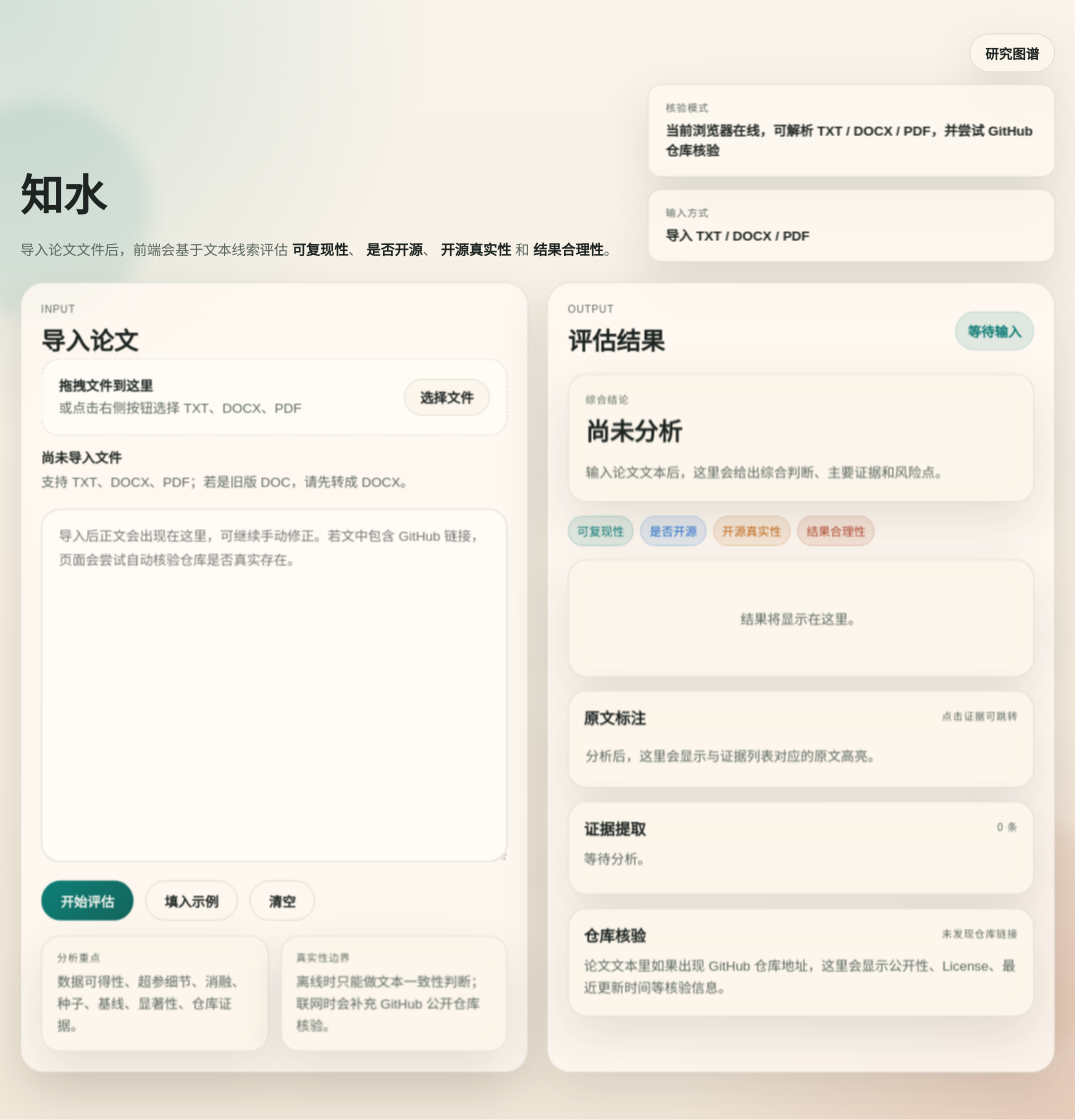
Repository: yueyueniannian/Prism
Page: LMQ3/index.html
An editor plug-in stored every save of this project. The page is shown before and after the next save, followed by the edit.
The browser window is 1280 px wide. The pictures show the whole page, at 84% of full size.

Above is the page before, as saved 2026-05-25 14:27:20.

### LMQ3/index.html
<!DOCTYPE html>
<html lang="zh-CN">
<head>
  <meta charset="UTF-8">
  <meta name="viewport" content="width=device-width, initial-scale=1.0">
  <title>Paper Audit Lab</title>
  <link rel="stylesheet" href="./styles.css">
  <script src="https://cdnjs.cloudflare.com/ajax/libs/pdf.js/3.11.174/pdf.min.js"></script>
  <script src="https://unpkg.com/mammoth@1.8.0/mammoth.browser.min.js"></script>
</head>
<body>
  <div id="splash" aria-hidden="true">
    <div class="splash-logo">
      <div class="splash-ring"></div>
      PA
    </div>
    <p class="splash-title">知水</p>
    <p class="splash-sub">论文复现性与可信度评估助手</p>
    <div class="splash-bar">
      <div class="splash-bar-fill"></div>
    </div>
  </div>

  <div class="page-shell">
    <div class="ambient ambient-left"></div>
    <div class="ambient ambient-right"></div>

    <header class="hero">
      <div class="hero-copy">

        <h1>知水</h1>
        <p class="hero-text">
          导入论文文件后，前端会基于文本线索评估
          <span>可复现性</span>、
          <span>是否开源</span>、
          <span>开源真实性</span> 和
          <span>结果合理性</span>。
        </p>
      </div>
      <div class="hero-panel">
        <div class="hero-nav">
          <a class="nav-link-btn" href="./research-map.html" data-transition="research-map">研究图谱</a>
        </div>
        <div class="signal-card">
          <p class="signal-label">核验模式</p>
          <p class="signal-value" id="networkStatus">离线启发式 + GitHub 在线增强</p>
        </div>
        <div class="signal-card">
          <p class="signal-label">输入方式</p>
          <p class="signal-value">导入 TXT / DOCX / PDF</p>
        </div>
      </div>
    </header>

    <main class="workspace">
      <section class="panel input-panel">
        <div class="panel-header">
          <div>
            <p class="panel-kicker">Input</p>
            <h2>导入论文</h2>
          </div>
        </div>

        <div id="dropZone" class="drop-zone" role="button" tabindex="0">
          <div>
            <strong>拖拽文件到这里</strong>
            <p>或点击右侧按钮选择 TXT、DOCX、PDF</p>
          </div>
          <label class="file-picker">
            <input type="file" id="fileInput" accept=".txt,.md,.doc,.docx,.pdf,text/plain,text/markdown,application/pdf,application/vnd.openxmlformats-officedocument.wordprocessingml.document">
            选择文件
          </label>
        </div>

        <div class="import-meta">
          <span id="fileMeta">尚未导入文件</span>
          <span id="importHint">支持 TXT、DOCX、PDF；若是旧版 DOC，请先转成 DOCX。</span>
        </div>

        <textarea
          id="paperInput"
          placeholder="导入后正文会出现在这里，可继续手动修正。若文中包含 GitHub 链接，页面会尝试自动核验仓库是否真实存在。"
        ></textarea>

        <div class="action-row">
          <button id="analyzeBtn" class="primary-btn">开始评估</button>
          <button id="exampleBtn" class="ghost-btn">填入示例</button>
          <button id="clearBtn" class="ghost-btn">清空</button>
        </div>

        <div class="meta-grid">
          <article class="meta-card">
            <p class="meta-title">分析重点</p>
            <p>数据可得性、超参细节、消融、种子、基线、显著性、仓库证据。</p>
          </article>
          <article class="meta-card">
            <p class="meta-title">真实性边界</p>
            <p>离线时只能做文本一致性判断；联网时会补充 GitHub 公开仓库核验。</p>
          </article>
        </div>

        <div id="insightStack" class="insight-stack is-hidden">
          <article class="meta-card insight-card">
            <p class="meta-title">论文主要内容</p>
            <p id="paperSummary">导入并分析后，这里会给出论文做了什么、解决什么问题的简要概括。</p>
          </article>

          <article class="meta-card insight-card">
            <p class="meta-title">创新点解读</p>
            <p id="innovationSummary">这里会提炼方法创新、实验亮点或相对已有工作的主要变化。</p>
          </article>

          <article class="meta-card insight-card">
            <p class="meta-title">复现流程</p>
            <p id="reproductionGuide">如果检测到代码仓库，会给出基于源码的简要复现路线；否则给出从数据、环境到实验设置的大致引导。</p>
          </article>
        </div>
      </section>

      <section class="panel output-panel">
        <div class="panel-header">
          <div>
            <p class="panel-kicker">Output</p>
            <h2>评估结果</h2>
          </div>
          <div class="status-pill" id="analysisState">等待输入</div>
        </div>

        <div class="summary-card">
          <div>
            <p class="summary-label">综合结论</p>
            <h3 id="headlineVerdict">尚未分析</h3>
          </div>
          <p id="headlineExplanation" class="summary-copy">
            输入论文文本后，这里会给出综合判断、主要证据和风险点。
          </p>
        </div>

        <div class="legend" id="legend"></div>

        <div class="score-grid" id="scoreGrid">
          <article class="score-card placeholder-card">
            <p>结果将显示在这里。</p>
          </article>
        </div>

        <article class="detail-card paper-card">
          <div class="detail-head">
            <h3>原文标注</h3>
            <span>点击证据可跳转</span>
          </div>
          <div id="paperView" class="paper-view">
            分析后，这里会显示与证据列表对应的原文高亮。
          </div>
        </article>

        <article class="detail-card evidence-card">
          <div class="detail-head">
            <h3>证据提取</h3>
            <span id="evidenceCount">0 条</span>
          </div>
          <ul id="evidenceList" class="detail-list">
            <li>等待分析。</li>
          </ul>
        </article>

        <article class="detail-card repo-card">
          <div class="detail-head">
            <h3>仓库核验</h3>
            <span id="repoStatus">未发现仓库链接</span>
          </div>
          <div id="repoDetails" class="repo-details">
            论文文本里如果出现 GitHub 仓库地址，这里会显示公开性、License、最近更新时间等核验信息。
          </div>
        </article>
      </section>
    </main>
  </div>

  <script src="./app.js"></script>
</body>
</html>

### LMQ3/styles.css
:root {
  --bg: #f6efe4;
  --bg-strong: #eadfcf;
  --panel: rgba(255, 250, 242, 0.84);
  --panel-strong: rgba(252, 246, 236, 0.96);
  --ink: #1d2421;
  --muted: #5b675f;
  --line: rgba(42, 63, 56, 0.14);
  --accent: #0b7a75;
  --accent-soft: rgba(11, 122, 117, 0.12);
  --warn: #b24c2f;
  --warn-soft: rgba(178, 76, 47, 0.12);
  --good: #1c7c54;
  --shadow: 0 24px 60px rgba(45, 41, 34, 0.12);
  --radius-xl: 28px;
  --radius-lg: 22px;
  --radius-md: 16px;
  --repro: #0b7a75;
  --open: #1b6ac9;
  --truth: #c26a1b;
  --result: #b24c2f;
}

* {
  box-sizing: border-box;
}

#splash {
  position: fixed;
  inset: 0;
  z-index: 9999;
  display: flex;
  flex-direction: column;
  align-items: center;
  justify-content: center;
  background:
    radial-gradient(circle at 50% 40%, rgba(11, 122, 117, 0.18), transparent 50%),
    linear-gradient(180deg, #fbfcff 0%, #f3f6fb 50%, #e8edf5 100%);
  transition: opacity 0.55s ease, visibility 0.55s ease;
}

#transitionSplash {
  position: fixed;
  inset: 0;
  z-index: 10000;
  display: flex;
  flex-direction: column;
  align-items: center;
  justify-content: center;
  background:
    radial-gradient(circle at 50% 40%, rgba(11, 122, 117, 0.18), transparent 50%),
    linear-gradient(180deg, #fbfcff 0%, #f3f6fb 50%, #e8edf5 100%);
}

#splash.hidden {
  opacity: 0;
  visibility: hidden;
  pointer-events: none;
}

.splash-logo {
  width: 92px;
  height: 92px;
  display: grid;
  place-items: center;
  border-radius: 24px;
  color: #fff;
  font-size: 2rem;
  font-weight: 800;
  background: linear-gradient(135deg, #0f7e79, #b24c2f);
  box-shadow:
    0 22px 48px rgba(178, 76, 47, 0.28),
    inset 0 0 0 1px rgba(255, 255, 255, 0.38);
  animation: splashPulse 2.2s ease-in-out infinite;
  position: relative;
}

.splash-ring {
  position: absolute;
  inset: -10px;
  border-radius: 28px;
  border: 2.5px solid transparent;
  border-top-color: rgba(178, 76, 47, 0.45);
  border-right-color: rgba(11, 122, 117, 0.4);
  animation: spin 1.6s linear infinite;
}

.splash-title {
  margin-top: 28px;
  font-size: 1.42rem;
  font-weight: 780;
  color: #182033;
  letter-spacing: 0.4px;
}

.splash-sub {
  margin-top: 6px;
  color: #6a7284;
  font-size: 0.9rem;
  letter-spacing: 0.3px;
}

.splash-bar {
  margin-top: 32px;
  width: 180px;
  height: 4px;
  background: #dfe4ed;
  border-radius: 999px;
  overflow: hidden;
}

.splash-bar-fill {
  height: 100%;
  width: 0;
  border-radius: inherit;
  background: linear-gradient(90deg, #0f7e79, #b24c2f);
  animation: fillBar 2s ease-out forwards;
}

@keyframes splashPulse {
  0%, 100% {
    transform: scale(1);
    box-shadow: 0 22px 48px rgba(178, 76, 47, 0.28), inset 0 0 0 1px rgba(255, 255, 255, 0.38);
  }
  50% {
    transform: scale(1.06);
    box-shadow: 0 28px 58px rgba(178, 76, 47, 0.4), inset 0 0 0 1px rgba(255, 255, 255, 0.46);
  }
}

@keyframes spin {
  to {
    transform: rotate(360deg);
  }
}

@keyframes fillBar {
  0% { width: 0; }
  60% { width: 72%; }
  100% { width: 100%; }
}

html, body {
  margin: 0;
  min-height: 100%;
}

body {
  font-family: "Segoe UI Variable", "Microsoft YaHei", "PingFang SC", sans-serif;
  color: var(--ink);
  background:
    radial-gradient(circle at top left, rgba(11, 122, 117, 0.16), transparent 28%),
    radial-gradient(circle at bottom right, rgba(178, 76, 47, 0.18), transparent 26%),
    linear-gradient(180deg, #f9f4eb 0%, #f2e7d8 100%);
}

.page-shell {
  position: relative;
  overflow: hidden;
  min-height: 100vh;
  padding: 40px 24px 56px;
}

.ambient {
  position: absolute;
  border-radius: 999px;
  filter: blur(10px);
  opacity: 0.75;
  pointer-events: none;
}

.ambient-left {
  top: 120px;
  left: -80px;
  width: 260px;
  height: 260px;
  background: rgba(11, 122, 117, 0.12);
}

.ambient-right {
  right: -60px;
  bottom: 80px;
  width: 280px;
  height: 280px;
  background: rgba(178, 76, 47, 0.1);
}

.hero,
.workspace {
  position: relative;
  z-index: 1;
  max-width: 1320px;
  margin: 0 auto;
}

.hero {
  display: grid;
  grid-template-columns: minmax(0, 1.2fr) minmax(280px, 0.8fr);
  gap: 20px;
  align-items: end;
  margin-bottom: 24px;
}

.eyebrow,
.panel-kicker,
.summary-label,
.signal-label,
.meta-title,
.detail-head span {
  margin: 0 0 8px;
  letter-spacing: 0.08em;
  text-transform: uppercase;
  color: var(--muted);
  font-size: 12px;
}

.hero h1,
.panel h2,
.summary-card h3,
.detail-card h3 {
  font-family: "Palatino Linotype", "Book Antiqua", "Source Han Serif SC", serif;
}

.hero h1 {
  margin: 0;
  font-size: clamp(2.8rem, 4vw, 4.8rem);
  line-height: 0.94;
}

.hero-text {
  max-width: 720px;
  margin: 18px 0 0;
  font-size: 1.05rem;
  line-height: 1.75;
  color: var(--muted);
}

.hero-text span {
  color: var(--ink);
  font-weight: 700;
}

.hero-panel {
  display: grid;
  gap: 14px;
}

.hero-nav {
  display: flex;
  justify-content: flex-end;
}

.nav-link-btn {
  display: inline-flex;
  align-items: center;
  justify-content: center;
  min-height: 46px;
  padding: 0 18px;
  border-radius: 999px;
  border: 1px solid var(--line);
  background: var(--panel-strong);
  color: var(--ink);
  text-decoration: none;
  font-weight: 700;
  box-shadow: var(--shadow);
  transition: transform 180ms ease, border-color 180ms ease;
}

.signal-card,
.panel,
.summary-card,
.score-card,
.detail-card,
.meta-card {
  border: 1px solid var(--line);
  box-shadow: var(--shadow);
  backdrop-filter: blur(18px);
}

.signal-card {
  padding: 18px 20px;
  border-radius: var(--radius-md);
  background: rgba(255, 250, 242, 0.72);
}

.signal-value {
  margin: 0;
  font-weight: 700;
  line-height: 1.5;
}

.workspace {
  display: grid;
  grid-template-columns: minmax(320px, 1fr) minmax(360px, 1fr);
  gap: 22px;
}

.panel {
  background: var(--panel);
  border-radius: var(--radius-xl);
  padding: 24px;
}

.panel-header,
.detail-head,
.action-row,
.meta-grid,
.detail-grid {
  display: flex;
  gap: 14px;
}

.panel-header,
.detail-head {
  justify-content: space-between;
  align-items: center;
}

.panel h2 {
  margin: 0;
  font-size: 1.8rem;
}

.file-picker,
.primary-btn,
.ghost-btn,
.status-pill {
  border-radius: 999px;
  font-weight: 700;
}

.file-picker {
  display: inline-flex;
  align-items: center;
  justify-content: center;
  min-height: 44px;
  padding: 0 18px;
  border: 1px solid var(--line);
  background: var(--panel-strong);
  cursor: pointer;
}

.file-picker input {
  display: none;
}

textarea {
  width: 100%;
  min-height: 420px;
  margin: 18px 0;
  padding: 18px 20px;
  resize: vertical;
  border-radius: var(--radius-lg);
  border: 1px solid rgba(42, 63, 56, 0.18);
  background: rgba(255, 252, 246, 0.9);
  color: var(--ink);
  font: inherit;
  line-height: 1.75;
}

textarea:focus {
  outline: 2px solid rgba(11, 122, 117, 0.24);
  border-color: rgba(11, 122, 117, 0.4);
}

.drop-zone {
  display: flex;
  align-items: center;
  justify-content: space-between;
  gap: 18px;
  padding: 18px 20px;
  border-radius: var(--radius-lg);
  border: 1px dashed rgba(42, 63, 56, 0.24);
  background: rgba(255, 252, 246, 0.88);
}

.drop-zone strong {
  display: block;
  font-size: 1rem;
  margin-bottom: 4px;
}

.drop-zone p,
.import-meta span {
  margin: 0;
  color: var(--muted);
  line-height: 1.6;
}

.drop-zone.is-dragging {
  border-color: rgba(11, 122, 117, 0.42);
  background: rgba(11, 122, 117, 0.08);
}

.import-meta {
  display: grid;
  gap: 4px;
  margin: 14px 0 0;
}

.import-meta span:first-child {
  color: var(--ink);
  font-weight: 700;
}

.action-row {
  flex-wrap: wrap;
  margin-bottom: 18px;
}

button {
  font: inherit;
  cursor: pointer;
  transition: transform 180ms ease, background 180ms ease, border-color 180ms ease;
}

button:hover,
.file-picker:hover,
.nav-link-btn:hover {
  transform: translateY(-1px);
}

.primary-btn,
.ghost-btn {
  min-height: 48px;
  padding: 0 22px;
  border: 1px solid transparent;
}

.primary-btn {
  background: linear-gradient(135deg, #0d7f78, #15665c);
  color: #f7f7f2;
}

.ghost-btn {
  background: transparent;
  border-color: rgba(42, 63, 56, 0.18);
  color: var(--ink);
}

.meta-grid,
.detail-grid {
  align-items: stretch;
}

.meta-grid,
.insight-stack,
.detail-grid,
.score-grid {
  display: grid;
  gap: 14px;
}

.meta-grid {
  grid-template-columns: repeat(2, minmax(0, 1fr));
}

.meta-card,
.detail-card,
.score-card,
.summary-card {
  background: var(--panel-strong);
  border-radius: var(--radius-lg);
}

.meta-card {
  padding: 16px 18px;
  margin: 0;
}

.insight-stack {
  margin-top: 14px;
}

.insight-stack.is-hidden {
  display: none;
}

.insight-card p:last-child {
  margin: 0;
  color: var(--muted);
  line-height: 1.72;
}

.meta-card p:last-child {
  margin: 0;
  color: var(--muted);
  line-height: 1.65;
}

.status-pill {
  padding: 10px 14px;
  background: var(--accent-soft);
  color: var(--accent);
  border: 1px solid rgba(11, 122, 117, 0.18);
}

.legend {
  display: flex;
  flex-wrap: wrap;
  gap: 8px;
  margin: 16px 0;
}

.legend-chip {
  padding: 7px 10px;
  border-radius: 999px;
  font-size: 0.88rem;
  color: var(--ink);
  background: rgba(255, 255, 255, 0.75);
  border: 1px solid rgba(42, 63, 56, 0.12);
}

.summary-card {
  display: grid;
  gap: 14px;
  padding: 20px;
  margin: 18px 0 16px;
}

.summary-card h3 {
  margin: 0;
  font-size: 1.8rem;
}

.summary-copy {
  margin: 0;
  color: var(--muted);
  line-height: 1.75;
}

.score-grid {
  grid-template-columns: repeat(2, minmax(0, 1fr));
}

.score-card {
  padding: 18px;
  animation: fadeUp 320ms ease both;
}

.dim-reproducibility .score-value,
.dim-reproducibility .score-copy {
  color: var(--repro);
}

.dim-openSource .score-value,
.dim-openSource .score-copy {
  color: var(--open);
}

.dim-repoTruth .score-value,
.dim-repoTruth .score-copy {
  color: var(--truth);
}

.dim-resultReason .score-value,
.dim-resultReason .score-copy {
  color: var(--result);
}

.score-top {
  display: flex;
  justify-content: space-between;
  align-items: baseline;
  gap: 12px;
  margin-bottom: 10px;
}

.score-top h3 {
  margin: 0;
  font-size: 1.1rem;
}

.score-value {
  font-size: 1.7rem;
  font-weight: 800;
}

.bar {
  height: 12px;
  background: rgba(29, 36, 33, 0.08);
  border-radius: 999px;
  overflow: hidden;
  margin-bottom: 12px;
}

.bar > span {
  display: block;
  height: 100%;
  border-radius: inherit;
  background: linear-gradient(90deg, #0f8e7f, #e67f3a);
}

.score-copy,
.repo-details,
.detail-list {
  color: var(--muted);
  line-height: 1.7;
}

.score-copy {
  margin: 0;
}

.placeholder-card {
  display: grid;
  place-items: center;
  min-height: 140px;
  grid-column: 1 / -1;
  color: var(--muted);
}

.detail-grid {
  grid-template-columns: repeat(2, minmax(0, 1fr));
  margin-top: 16px;
}

.detail-card {
  padding: 18px;
}

.detail-head {
  margin-bottom: 8px;
}

.detail-head h3 {
  margin: 0;
  font-size: 1.15rem;
}

.detail-list {
  margin: 0;
  padding-left: 20px;
}

.evidence-card {
  margin-top: 16px;
}

.evidence-card .detail-list {
  padding-left: 0;
  list-style: none;
}

.repo-card {
  margin-top: 16px;
}

.repo-details {
  min-height: 48px;
}

.paper-card {
  margin-top: 16px;
}

.paper-view {
  padding: 8px 2px 2px;
  color: var(--muted);
  line-height: 2;
}

.paper-paragraph {
  margin: 0 0 12px;
}

.paper-segment {
  position: relative;
  display: inline;
  padding: 0 2px;
  border-radius: 6px;
}

.paper-segment.is-highlight {
  background: var(--highlight-bg);
  color: var(--ink);
  box-decoration-break: clone;
  -webkit-box-decoration-break: clone;
}

.paper-segment.flash-focus {
  outline: 2px solid rgba(11, 122, 117, 0.45);
  box-shadow: 0 0 0 5px rgba(11, 122, 117, 0.12);
}

.mini-tags {
  display: inline-flex;
  gap: 4px;
  margin-left: 6px;
  vertical-align: middle;
}

.mini-tag {
  display: inline-flex;
  align-items: center;
  padding: 1px 6px;
  border-radius: 999px;
  font-size: 0.72rem;
  color: var(--ink);
  background: rgba(255, 255, 255, 0.78);
  border: 1px solid rgba(42, 63, 56, 0.12);
}

.badge-line {
  display: flex;
  flex-wrap: wrap;
  gap: 8px;
  margin-top: 12px;
}

.badge {
  padding: 7px 10px;
  border-radius: 999px;
  font-size: 0.88rem;
  background: var(--accent-soft);
  color: var(--accent);
  border: 1px solid rgba(11, 122, 117, 0.18);
}

.badge.warn {
  background: var(--warn-soft);
  color: var(--warn);
  border-color: rgba(178, 76, 47, 0.18);
}

.evidence-item {
  width: 100%;
  display: grid;
  grid-template-columns: auto 1fr;
  align-items: start;
  gap: 10px;
  padding: 12px 14px;
  border: 1px solid rgba(42, 63, 56, 0.12);
  border-radius: 16px;
  background: rgba(255, 255, 255, 0.62);
  color: var(--ink);
  text-align: left;
}

.evidence-item:hover {
  transform: translateY(-1px);
  border-color: rgba(42, 63, 56, 0.22);
}

.evidence-tag {
  padding: 5px 8px;
  border-radius: 999px;
  font-size: 0.78rem;
  white-space: nowrap;
  color: var(--ink);
  background: rgba(255, 255, 255, 0.78);
  border: 1px solid rgba(42, 63, 56, 0.12);
}

.evidence-main {
  display: grid;
  gap: 2px;
}

.evidence-main strong {
  font-size: 0.95rem;
}

.evidence-main span {
  color: var(--muted);
  line-height: 1.55;
}

.detail-list li {
  margin-bottom: 10px;
}

@keyframes fadeUp {
  from {
    opacity: 0;
    transform: translateY(10px);
  }
  to {
    opacity: 1;
    transform: translateY(0);
  }
}

@media (max-width: 1060px) {
  .hero,
  .workspace,
  .detail-grid,
  .meta-grid,
  .score-grid {
    grid-template-columns: 1fr;
  }

  .hero {
    align-items: start;
  }
}

@media (max-width: 640px) {
  .page-shell {
    padding: 24px 14px 40px;
  }

  .panel {
    padding: 18px;
  }

  textarea {
    min-height: 320px;
  }

  .panel-header,
  .detail-head {
    align-items: flex-start;
    flex-direction: column;
  }

  .drop-zone {
    align-items: flex-start;
    flex-direction: column;
  }

  .evidence-item {
    grid-template-columns: 1fr;
  }
}

Loaded but not shown: LMQ3/app.js (1094 lines, source omitted)

After the next save:
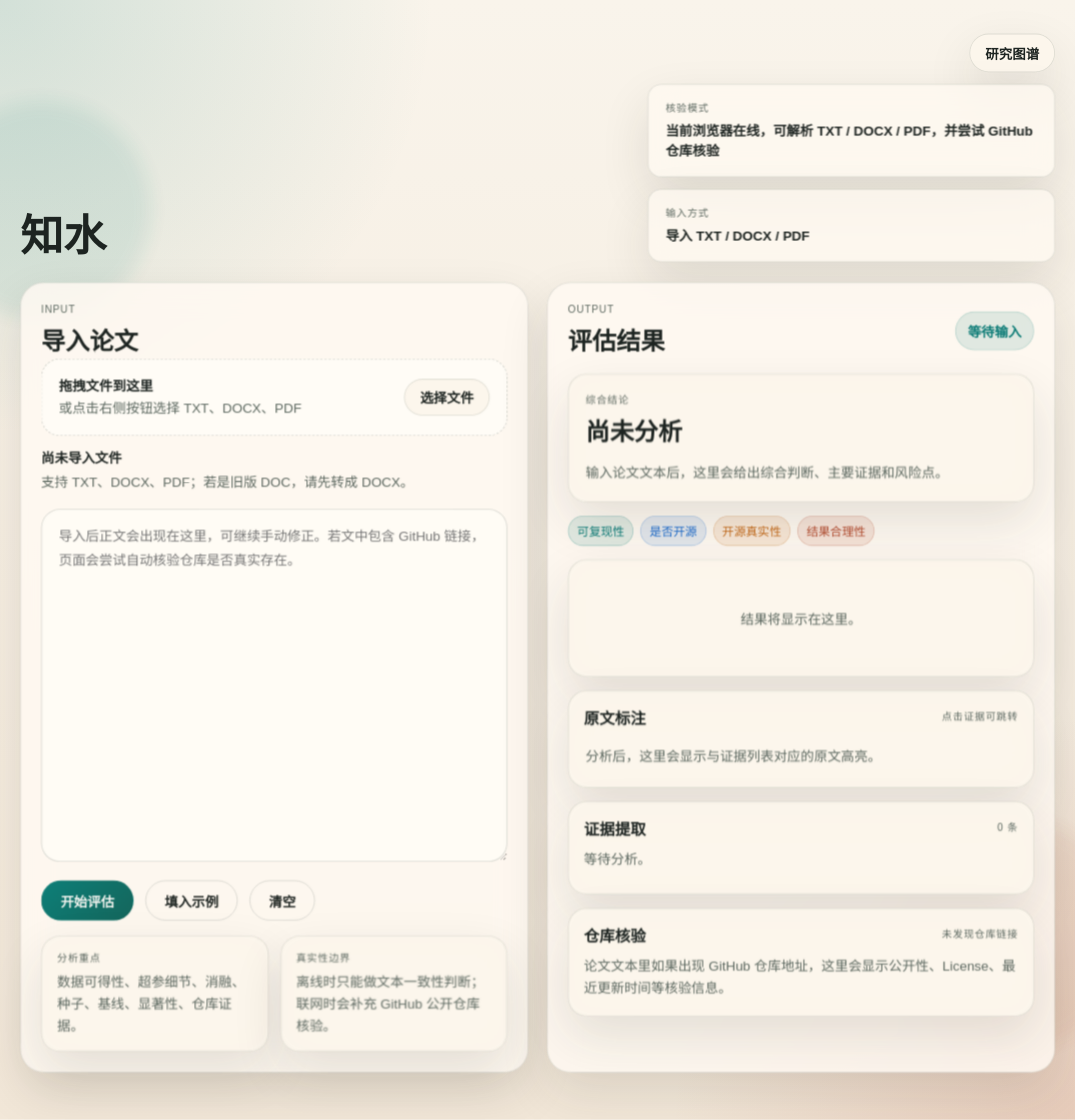
Saved 1 s later.
--- a/LMQ3/index.html
+++ b/LMQ3/index.html
@@ -29,13 +29,7 @@
       <div class="hero-copy">
 
         <h1>知水</h1>
-        <p class="hero-text">
-          导入论文文件后，前端会基于文本线索评估
-          <span>可复现性</span>、
-          <span>是否开源</span>、
-          <span>开源真实性</span> 和
-          <span>结果合理性</span>。
-        </p>
+
       </div>
       <div class="hero-panel">
         <div class="hero-nav">
